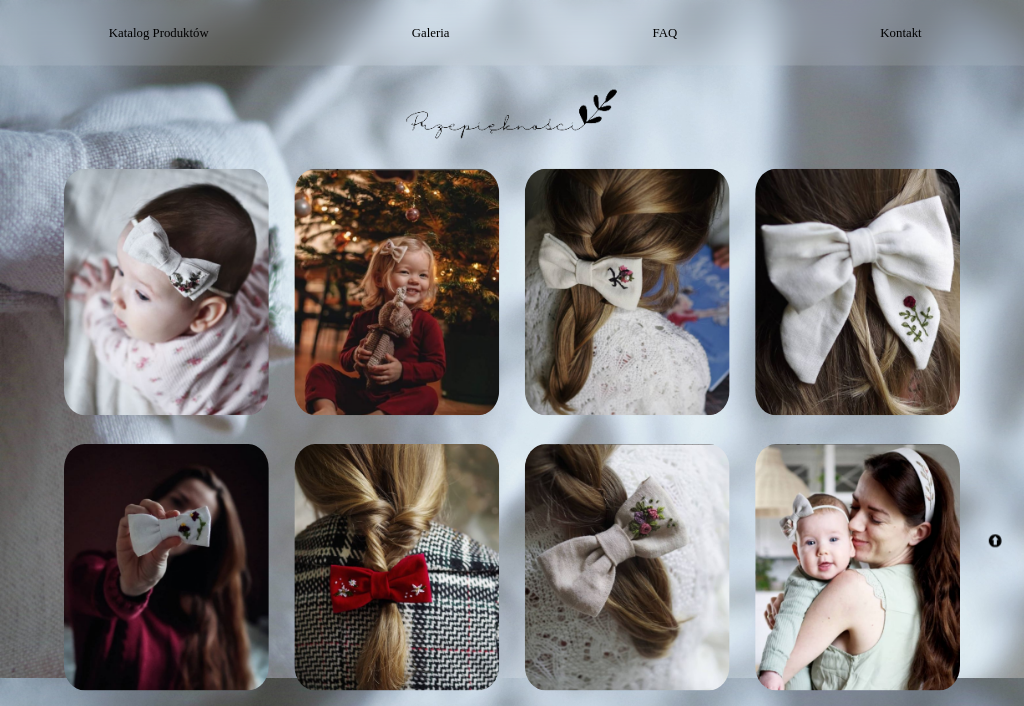
Repository: kowalkos/Rak_projekt
Page: /galeria
The author's editor kept a copy of each file at every save. The page is drawn from the files as they stood at one save, then again after the next save.
The browser window is 1280 px wide. The pictures show the whole page, at 80% of full size.
Backgrounds fixed to the window are drawn as part of the page. The project was rebuilt for these pictures with package versions that can differ from the ones it lists, and the page was loaded fresh each time. Also part of the build but not shown: src/components/produkty/Produkt.css, src/components/produkty/produkt.js, src/components/main/Main.js, src/components/FAQ/Faq.js, src/components/about/About.css, src/components/about/About.js.

Above is the page before, as saved 2022-01-19 15:00:21.

After the next save:
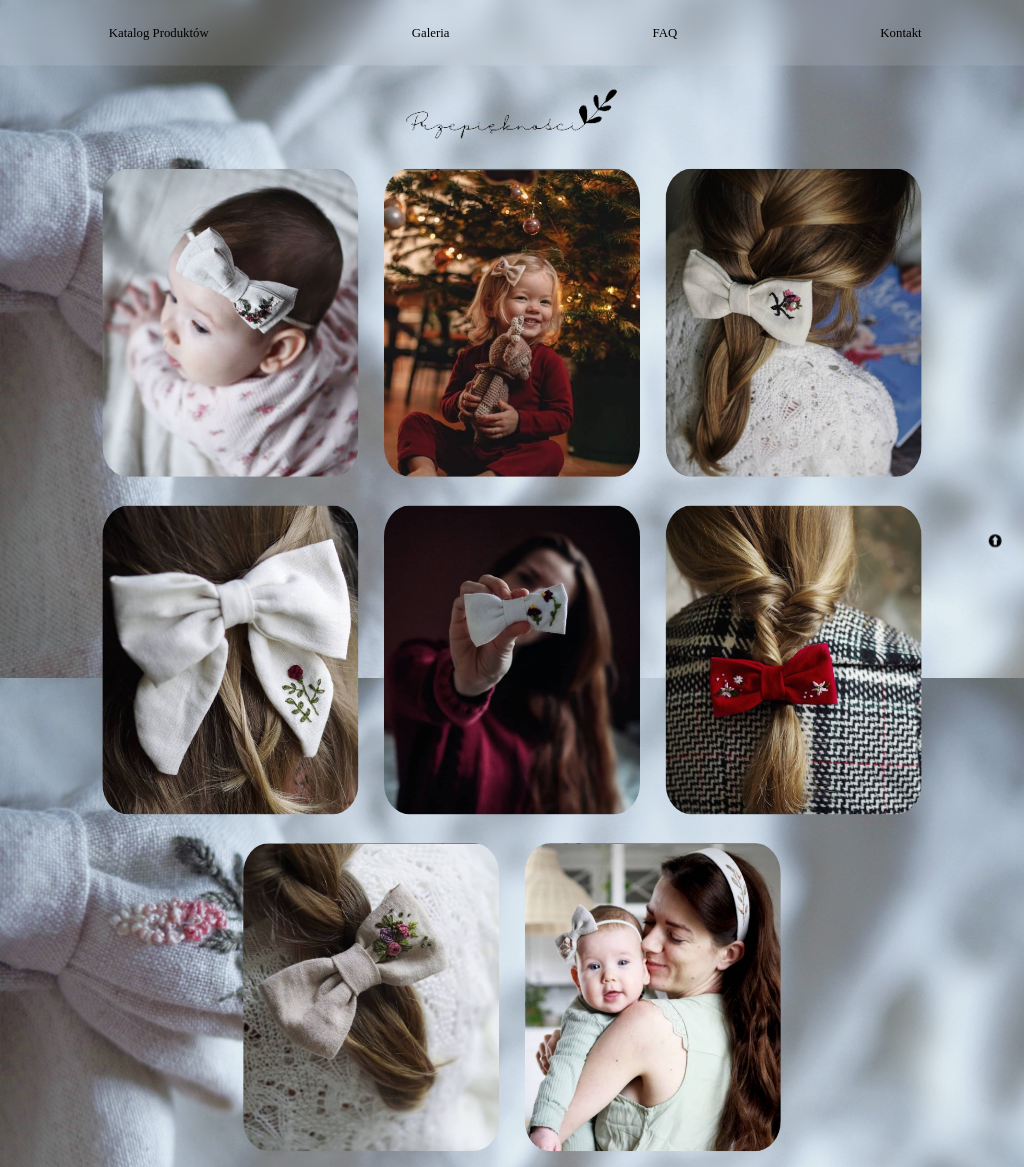
Saved 4 s later.
--- a/src/components/galeria/Galeria.css
+++ b/src/components/galeria/Galeria.css
@@ -1,5 +1,5 @@
 .photo{
-    width:max(20%,15rem);
+    width:max(25%,15rem);
     margin: 1rem 1rem;
     border-radius: 10%;
 
